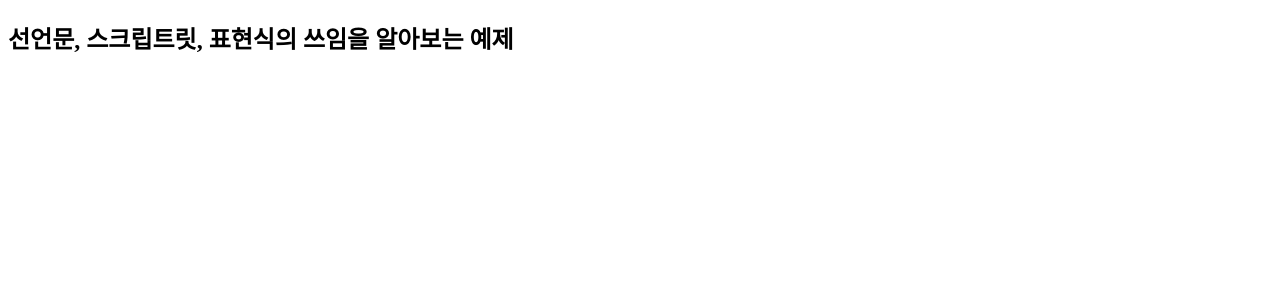
Repository: gugucon-hwan/ForStudyJSP
Page: http://localhost/StudyBasicJSP/ch05/scriptTest.jsp
An editor plug-in stored every save of this project. The page is shown before and after the next save, followed by the edit.
The browser window is 1280 px wide. The pictures show the whole page.
The page is served by Tomcat 9. Other server files are loaded and not shown.

Above is the page before, as saved 2020-08-14 01:15:33.

### StudyBasicJSP/WebContent/ch05/scriptTest.jsp
<%@ page language="java" contentType="text/html; charset=UTF-8"
    pageEncoding="UTF-8"%>
<!DOCTYPE html>
<html>
<head>
<meta charset="UTF-8">
<title>Script 예제</title>
</head>
<body>
	<h2>선언문, 스크립트릿, 표현식의 쓰임을 알아보는 예제</h2>
	<%!//선언문 - 전역 변수 선언
		String str="전역 변수 입니다.";
	%>
</body>
</html>

After the next save:
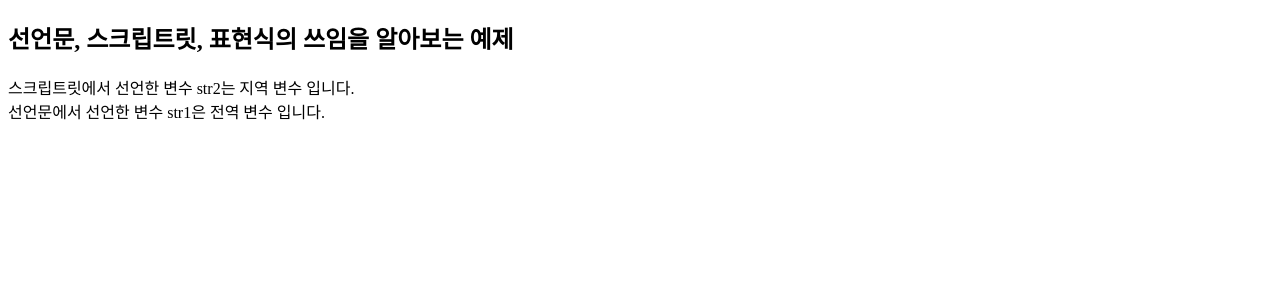
Saved 2 min 16 s later.
--- a/StudyBasicJSP/WebContent/ch05/scriptTest.jsp
+++ b/StudyBasicJSP/WebContent/ch05/scriptTest.jsp
@@ -11,5 +11,18 @@
 	<%!//선언문 - 전역 변수 선언
 		String str="전역 변수 입니다.";
 	%>
+
+	<%!//선언문 - 메소드 선언
+		String getStr(){
+			return str;
+		}
+	%>
+
+	<% //스크립트릿
+		String str2 = "지역 변수 입니다.";
+	%>
+
+	스크립트릿에서 선언한 변수 str2는 <%=str2%> <br> <!-- 표현식 -->
+	선언문에서 선언한 변수 str1은 <%=getStr() %> <!-- 표현식 -->
 </body>
 </html>
